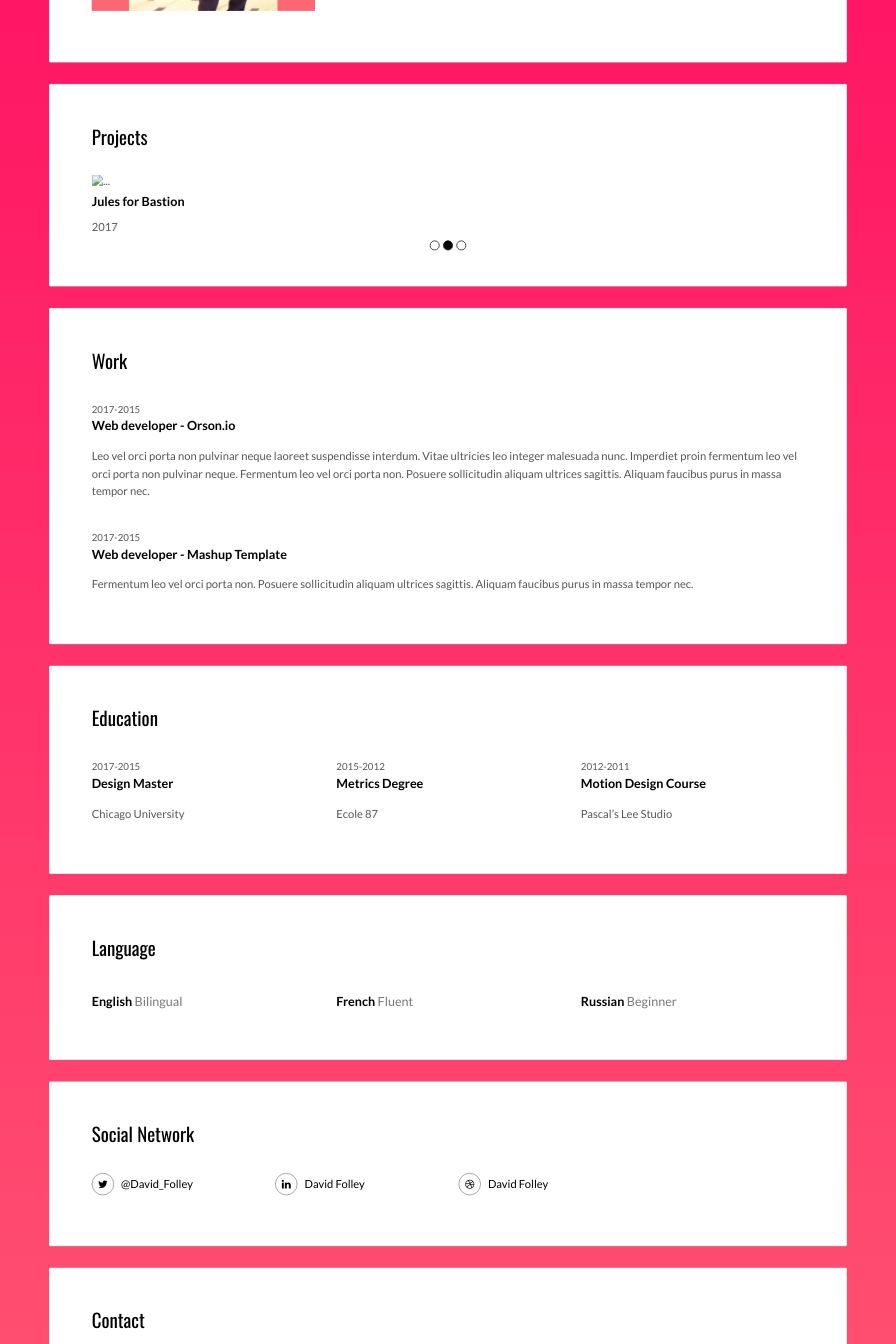
Repository: Ankit-singh7/work_with_ankit.github.io
Page: index.html
The author's editor kept a copy of each file at every save. The page is drawn from the files as they stood at one save, then again after the next save.
The browser window is 1280 px wide. The pictures show the part of the page from y = 741 to 2661 px (the page is 3566 px tall before and 4167 px after), at 70% of full size.
A picture or video elsewhere on the page could not be fetched, so the positions and the page height are approximate.

Above is the page before, as saved 2021-03-03 19:04:11.
Not found: assets/images/img-06.jpg
Not found: assets/images/img-08.jpg

After the next save:
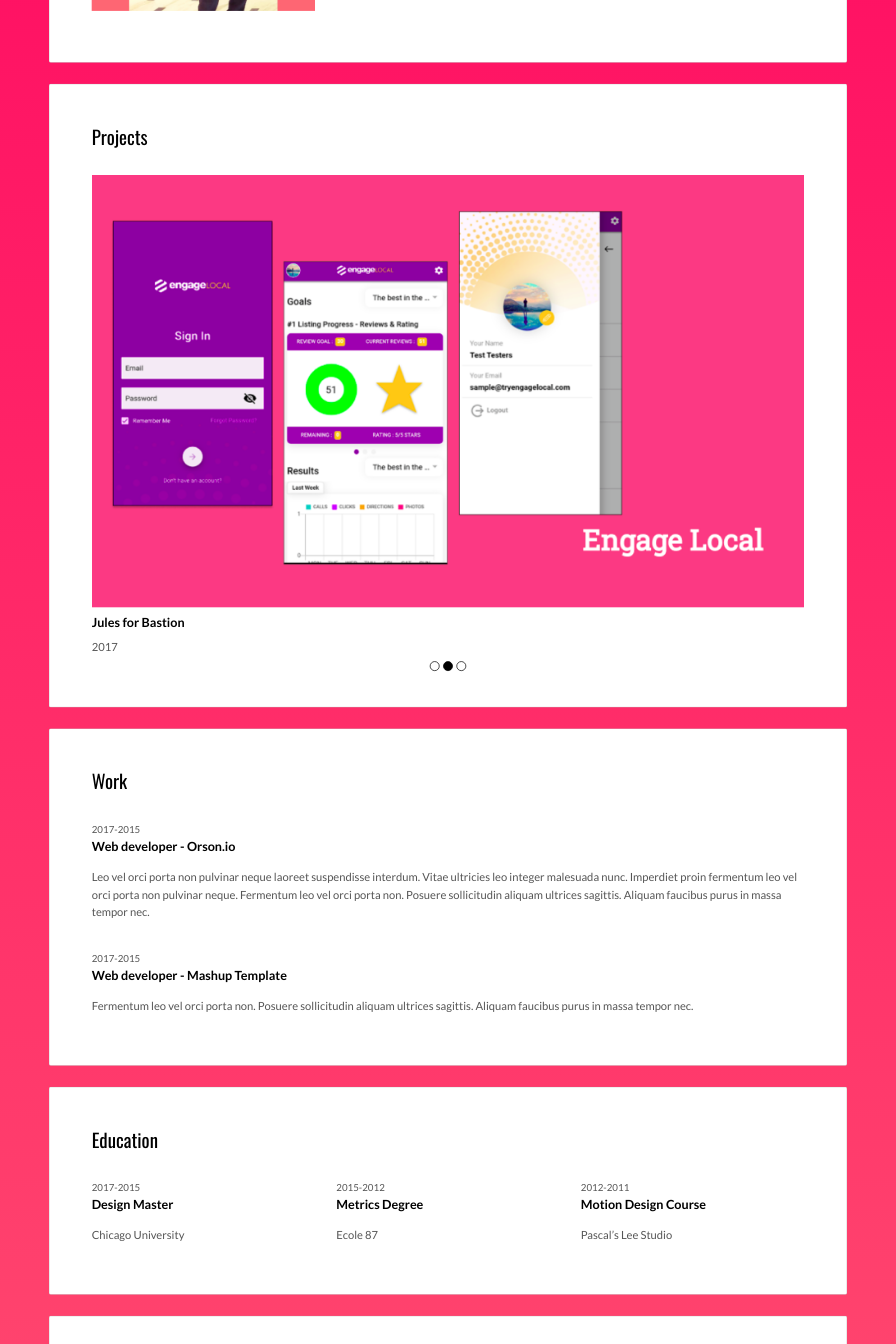
Saved 8 min 9 s later.
--- a/index.html
+++ b/index.html
@@ -116,7 +116,7 @@
                 </div>
               </div>
               <div class="item">
-                <img src="./assets/images/img-06.jpg" class="img-responsive" alt="...">
+                <img src="./assets/images/engage.png" class="img-responsive" alt="...">
                 <div class="carousel-caption">
                   <h3 class="h5">Jules for Bastion</h3>
                   <p>2017</p>
